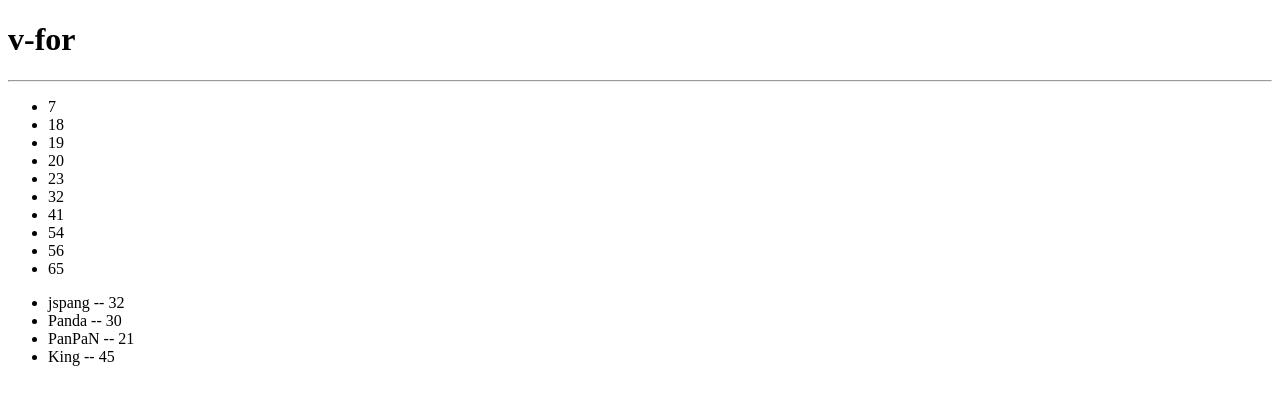
Repository: 13982720426/vue2.0-LearningNotes
Page: example/v-for.html
An editor plug-in stored every save of this project. The page is shown before and after the next save, followed by the edit.
The browser window is 1280 px wide. The pictures show the whole page.

Above is the page before, as saved 2021-06-17 15:56:29.

### example/v-for.html
<!DOCTYPE html>
<html lang="en">
  <head>
    <meta charset="UTF-8" />
    <meta http-equiv="X-UA-Compatible" content="IE=edge" />
    <meta name="viewport" content="width=device-width, initial-scale=1.0" />
    <title>v-for</title>
    <script type="text/javascript" src="../assets/js/vue.js"></script>
  </head>
  <body>
    <h1>v-for</h1>
    <hr />
    <div id="app">
      <ul>
        <li v-for="item in sortItems">{{item}}</li>
      </ul>
      <ul>
        <li v-for="student in students">{{student.name}} -- {{student.age}}</li>
      </ul>
    </div>
    <script type="text/javascript">
      var app = new Vue({
        el: '#app',
        data: {
          items: [20, 23, 7, 18, 65, 32, 19, 54, 56, 41],
          students: [
            { name: 'jspang', age: 32 },
            { name: 'Panda', age: 30 },
            { name: 'PanPaN', age: 21 },
            { name: 'King', age: 45 },
          ],
        },
        computed: {
          sortItems: function () {
            return this.items.sort(sortNumber);
          },

          sortStudent: function () {
            return sortByKey(this.students, 'age');
          },
        },
      });
      function sortNumber(a, b) {
        return a - b;
      }
      //数组对象方法排序:
      function sortByKey(array, key) {
        return array.sort(function (a, b) {
          var x = a[key];
          var y = b[key];
          return x < y ? -1 : x > y ? 1 : 0;
        });
      }
    </script>
  </body>
</html>

Loaded but not shown: assets/js/vue.js (library)

After the next save:
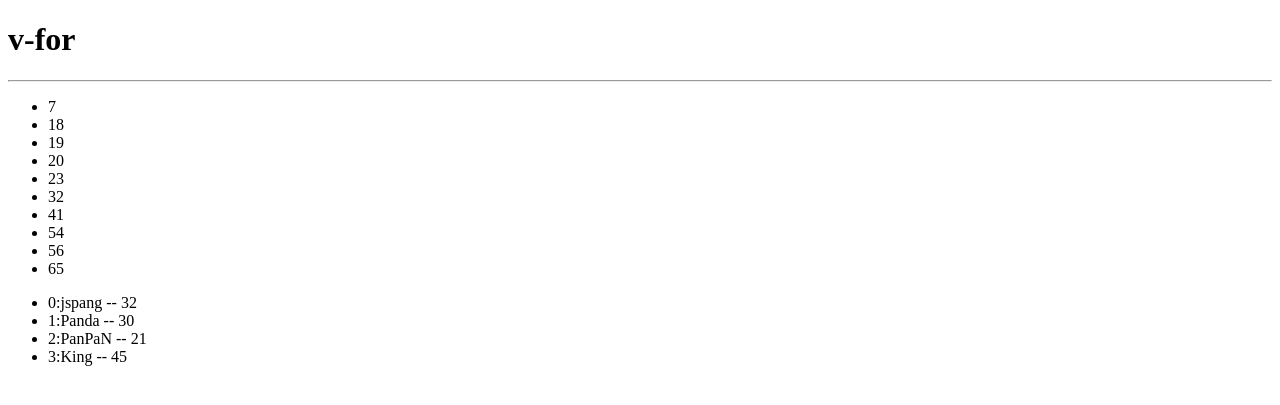
Saved 56 s later.
--- a/example/v-for.html
+++ b/example/v-for.html
@@ -15,7 +15,7 @@
         <li v-for="item in sortItems">{{item}}</li>
       </ul>
       <ul>
-        <li v-for="student in students">{{student.name}} -- {{student.age}}</li>
+        <li v-for="(student,index) in students">{{index}}:{{student.name}} -- {{student.age}}</li>
       </ul>
     </div>
     <script type="text/javascript">
